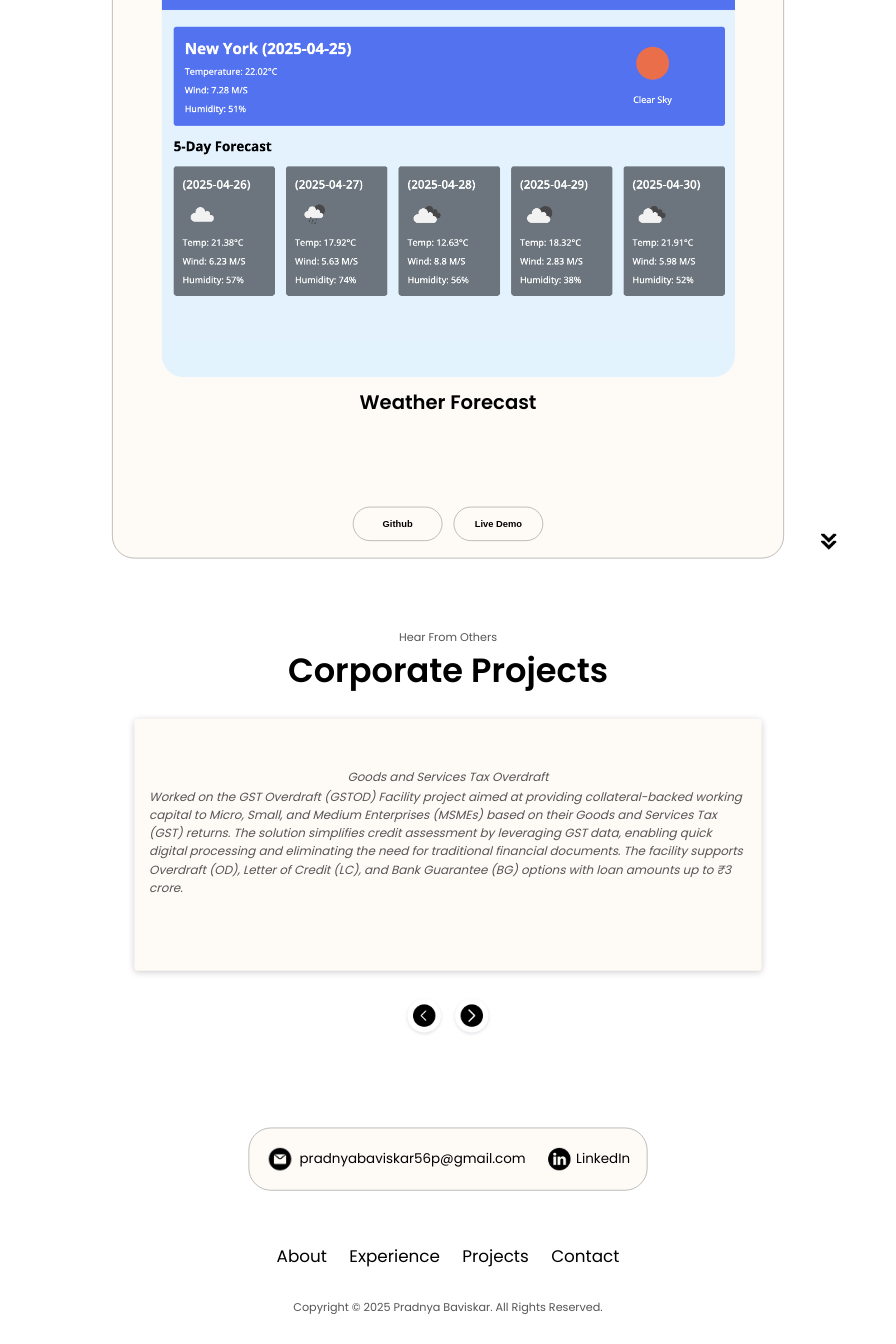
Repository: Pradnya-07/Portfolio-Pradnya
Page: index.html
An editor plug-in stored every save of this project. The page is shown before and after the next save, followed by the edit.
The browser window is 1280 px wide. The pictures show the part of the page from y = 4107 to 6027 px (the page is 6027 px tall), at 70% of full size.
A picture or video elsewhere on the page could not be fetched, so the positions and the page height are approximate.

Above is the page before, as saved 2025-05-05 14:33:50.

After the next save:
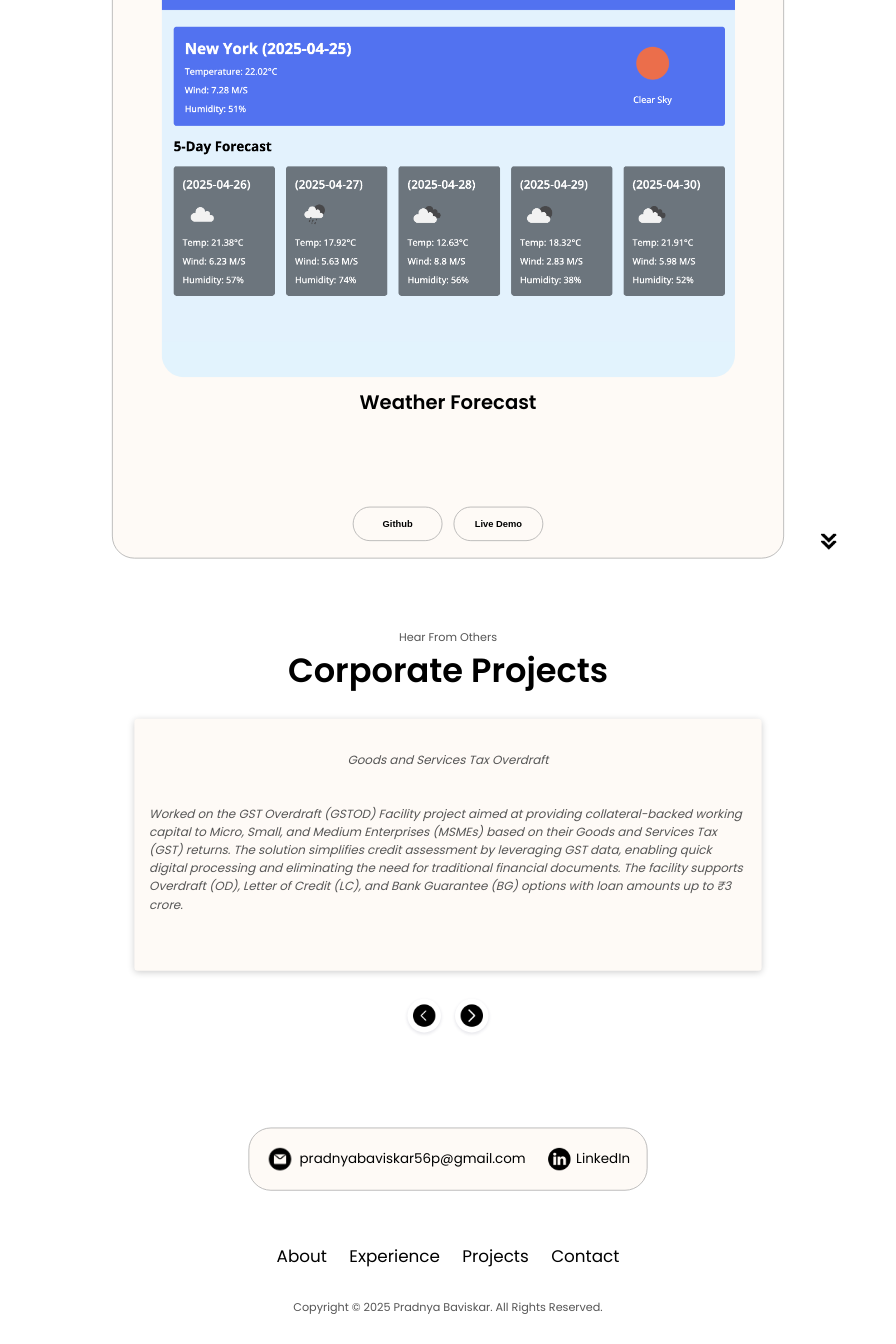
Saved 3 s later.
--- a/style.css
+++ b/style.css
@@ -520,6 +520,11 @@ p span {
   font-size: 15px;
   opacity: 0.7;
   margin-top: 2.5rem;
+}
+
+.projectheading{
+  margin-bottom: 3rem;
+
 }
 
 .destext {
